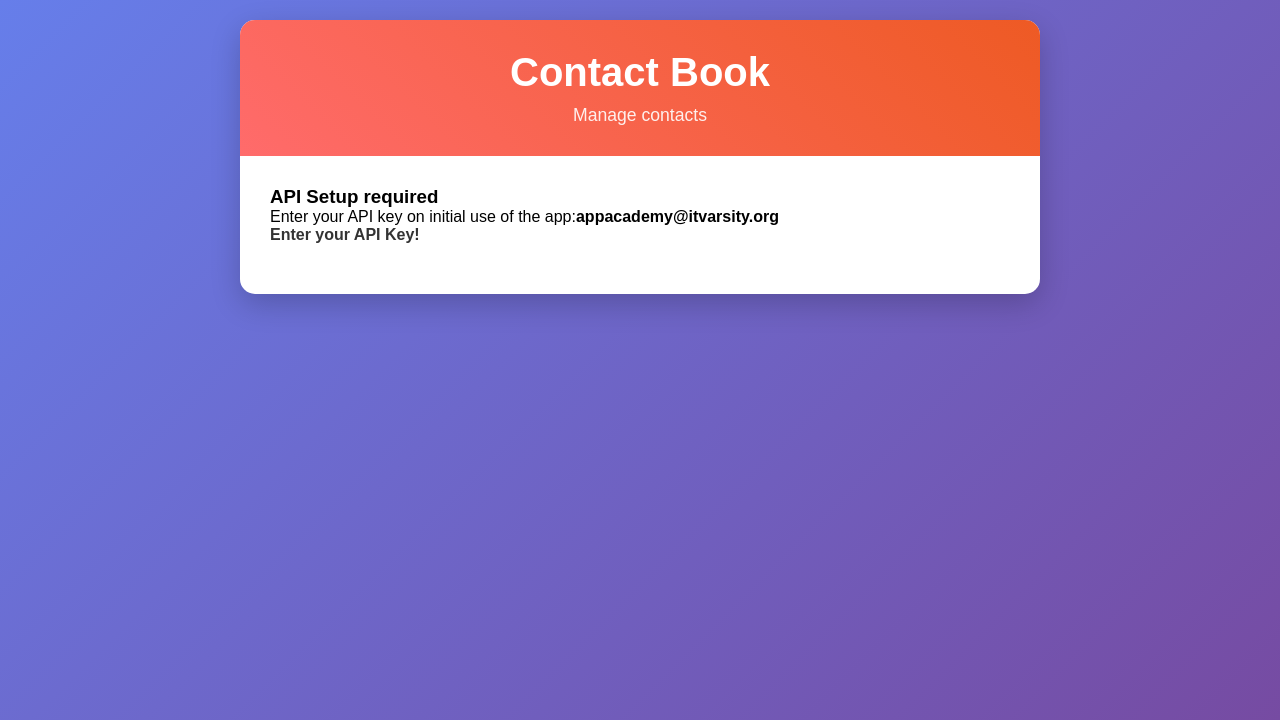
Repository: Mantombi81/Moznana-Contact
Page: index.html
These files come from the project's save history. The page is drawn as it stood at one moment and after a run of saves; the edit follows.
The browser window is 1280 px wide. The pictures show the whole page.

Above is the page before, as saved 2025-06-11 21:48:46.

After the next 5 saves:
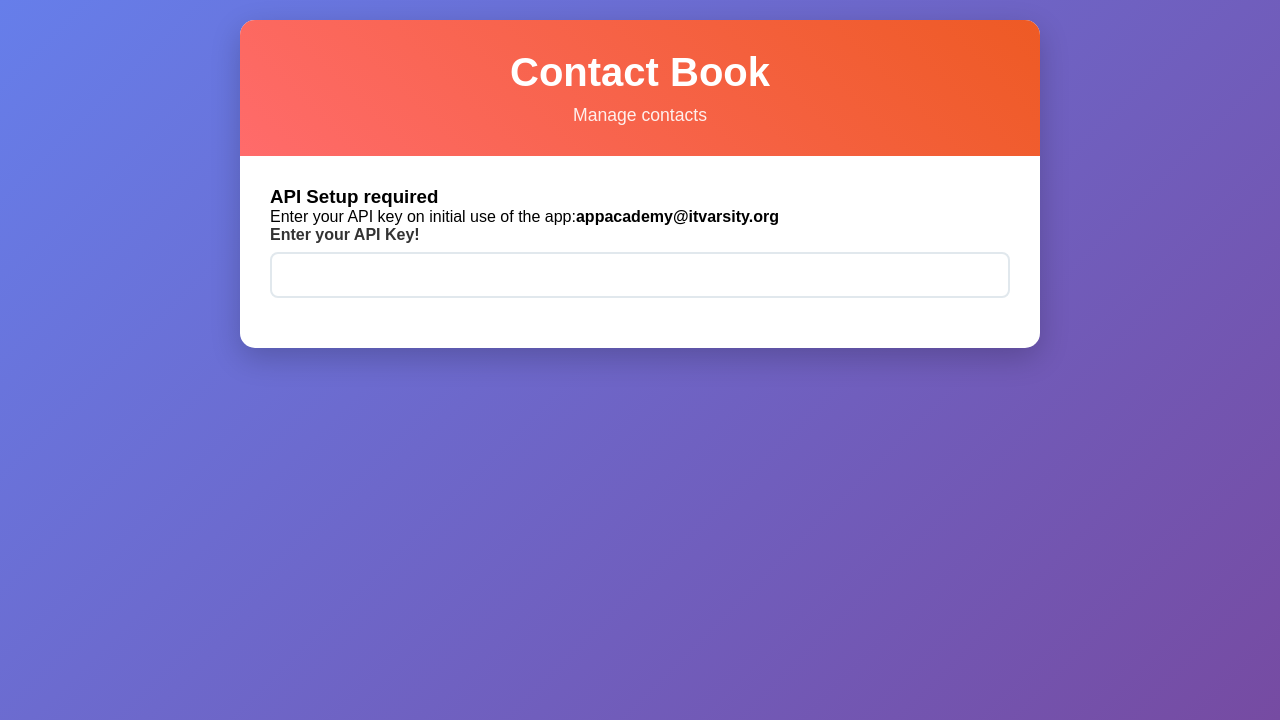
The 5 saves are shown as one change because they came seconds apart.
The last was saved 17 s later.
--- a/index.html
+++ b/index.html
@@ -22,6 +22,7 @@
              </div>
              <div class="form-group">
                 <label for="apiKeyInput">Enter your API Key!</label>
+                <input>
              </div>
              </div>
         </div>
